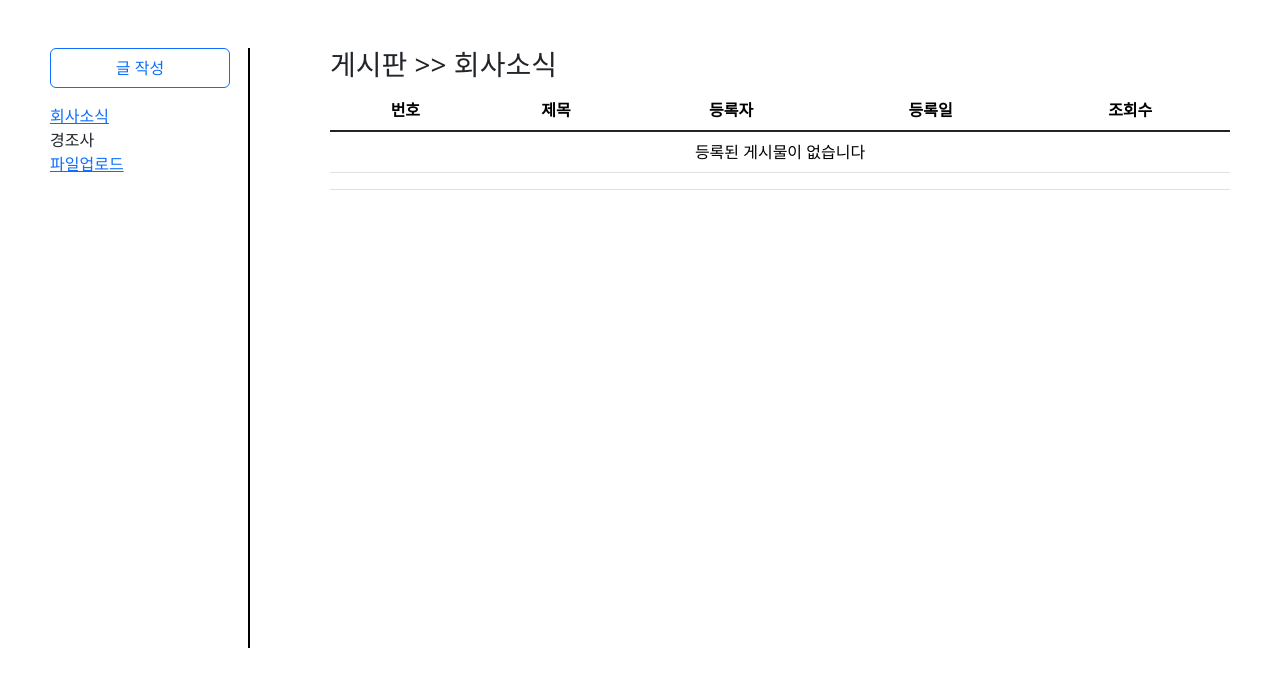
Repository: KimDongGyuu/final
Page: http://localhost/aceworks/WEB-INF/views/company_news/company_news_List.jsp
The author's editor kept a copy of each file at every save. The page is drawn from the files as they stood at one save, then again after the next save.
The browser window is 1280 px wide. The pictures show the whole page.
The page is served by Tomcat 9. Nobody is signed in. Other server files are loaded and not shown. The template is opened directly, without the code that normally fills it, so the values that code supplies are empty.

Above is the page before, as saved 2024-03-16 10:46:19.

### aceworks/src/main/webapp/WEB-INF/views/company_news/company_news_List.jsp
<%@ page language="java" contentType="text/html; charset=UTF-8"
	pageEncoding="UTF-8"%>
<%@ include file="/WEB-INF/views/include/style.jsp"%>
<%@ taglib uri="http://java.sun.com/jsp/jstl/core" prefix="c"%>
<!DOCTYPE html>
<html>
<head>
<meta charset="UTF-8">
<title>Insert title here</title>
<style>
#left {
	width: 200px;
	height: 600px;
	float: left;
	border-right: 2px solid black;
	margin-left: 50px;
}

#right {
	width: 900px;
	height: 600px;
	margin-left: 330px;
}

#bt {
	width: 180px;
	height: 40px;
}

h3 {
	text-align: center;
}
</style>
</head>
<body>


	<div>
		<div id="left">
			<button id="bt" type="button" class="btn btn-outline-primary"
				onclick="location.href='company_news_Writeform.do';">글 작성</button>
<div class="mt-3"><a href="company_news_List.do">회사소식</a> <br> 경조사 <br><a href="fileUploadForm.do">파일업로드</a></div>
		</div>
		<div id="right">
		<div class="mt-5 mb-2"><span class="h3">게시판 &gt;&gt; 회사소식</span></div>
			<table width="1000" cellspacing="0" class="table table-hover">
				<thead>
					<tr align="center">
						<th scope="col">번호</th>
						<th scope="col">제목</th>
						<th scope="col">등록자</th>
						<th scope="col">등록일</th>
						<th scope="col">조회수</th>
					</tr>
				</thead>

				<tbody class="table-group-divider">
			<c:if test="${empty lists }">
				<tr>
					<td colspan="5" align="center">등록된 게시물이 없습니다</td>
				</tr>
			</c:if>

			<c:forEach var="dto" items="${lists }">
			<tr class="text-center">
			<th scope="row">${dto.news_idx }</th>
			<c:url var="company_newsContentUrl" value="company_news_Content.do">
				<c:param name="news_idx">${dto.news_idx }</c:param>
			</c:url>
			<td><a href="${company_newsContentUrl }">${dto.news_title }</a></td>
			<td>${dto.news_writer }</td>
			<td>${dto.news_writedate }</td>
			<td>${dto.news_readnum }</td>
			</tr>
			</c:forEach>
				</tbody>

				<tfoot>
					<tr>
						<td colspan="5" align="center">${pageStr }</td>
					</tr>
				</tfoot>
			</table>
		</div>
	</div>
</body>
</html>

### aceworks/src/main/webapp/WEB-INF/views/include/style.jsp
<%@ page language="java" contentType="text/html; charset=UTF-8"
    pageEncoding="UTF-8"%>
<!DOCTYPE html>
<html>
<head>
<meta charset="UTF-8">
<title>Insert title here</title>
<link
   href="https://cdn.jsdelivr.net/npm/bootstrap@5.3.3/dist/css/bootstrap.min.css"
   rel="stylesheet"
   integrity="sha384-QWTKZyjpPEjISv5WaRU9OFeRpok6YctnYmDr5pNlyT2bRjXh0JMhjY6hW+ALEwIH"
   crossorigin="anonymous">
<script
   src="https://cdn.jsdelivr.net/npm/bootstrap@5.3.3/dist/js/bootstrap.bundle.min.js"
   integrity="sha384-YvpcrYf0tY3lHB60NNkmXc5s9fDVZLESaAA55NDzOxhy9GkcIdslK1eN7N6jIeHz"
   crossorigin="anonymous"></script>
<script
   src="https://cdn.jsdelivr.net/npm/@popperjs/core@2.11.8/dist/umd/popper.min.js"
   integrity="sha384-I7E8VVD/ismYTF4hNIPjVp/Zjvgyol6VFvRkX/vR+Vc4jQkC+hVqc2pM8ODewa9r"
   crossorigin="anonymous"></script>
<script
   src="https://cdn.jsdelivr.net/npm/bootstrap@5.3.3/dist/js/bootstrap.min.js"
   integrity="sha384-0pUGZvbkm6XF6gxjEnlmuGrJXVbNuzT9qBBavbLwCsOGabYfZo0T0to5eqruptLy"
   crossorigin="anonymous"></script>
</head>
<body>

</body>
</html>

After the next save:
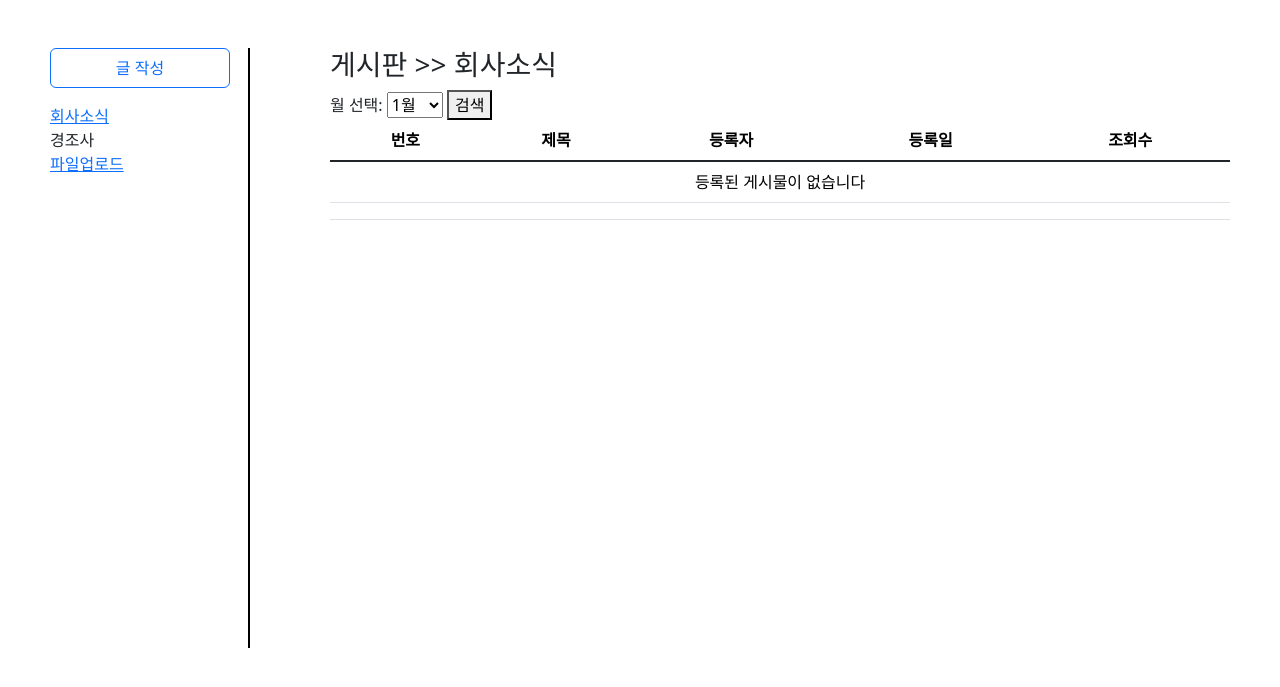
Saved 75 min 7 s later.
--- a/aceworks/src/main/webapp/WEB-INF/views/company_news/company_news_List.jsp
+++ b/aceworks/src/main/webapp/WEB-INF/views/company_news/company_news_List.jsp
@@ -43,6 +43,24 @@ h3 {
 		</div>
 		<div id="right">
 		<div class="mt-5 mb-2"><span class="h3">게시판 &gt;&gt; 회사소식</span></div>
+					<form action="" method="GET">
+				<label for="month">월 선택:</label>
+				<select name="month" id="month">
+					<option value="01">1월</option>
+					<option value="02">2월</option>
+					<option value="03">3월</option>
+					<option value="04">4월</option>
+					<option value="05">5월</option>
+					<option value="06">6월</option>
+					<option value="07">7월</option>
+					<option value="08">8월</option>
+					<option value="09">9월</option>
+					<option value="10">10월</option>
+					<option value="11">11월</option>
+					<option value="12">12월</option>
+				</select>
+				<button type="submit">검색</button>
+			</form>
 			<table width="1000" cellspacing="0" class="table table-hover">
 				<thead>
 					<tr align="center">
